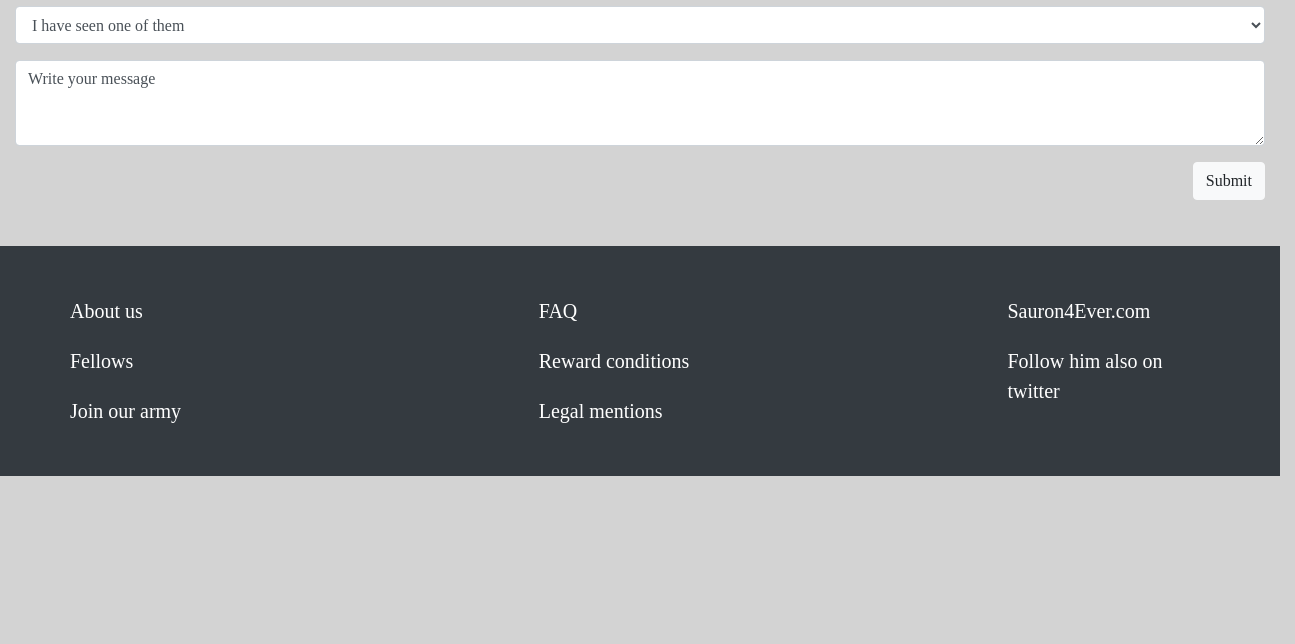
Repository: Khaleddwm/FindThePrecious
Page: index.html
An editor plug-in stored every save of this project. The page is shown before and after the next save, followed by the edit.
The browser window is 1280 px wide. The page is 1295 px wide, so the pictures cover 1295 px, including what lies to the right of the window. The pictures show the part of the page from y = 2112 to 3036 px (the page is 2756 px tall before and 3036 px after).
Some web fonts or font styles are not loaded; a fallback is used.

Above is the page before, as saved 2020-05-25 10:27:15.

After the next save:
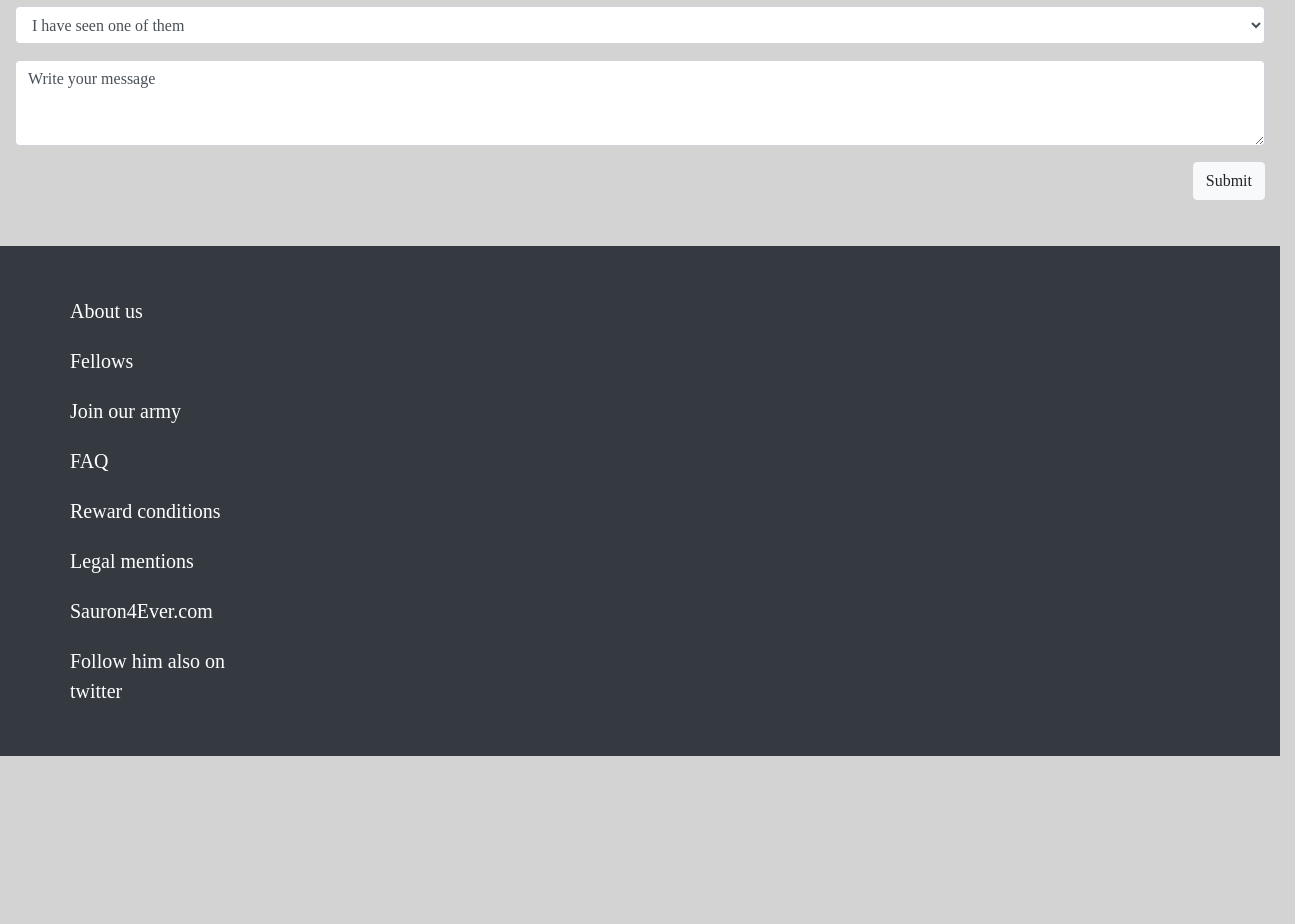
Saved 27 min 52 s later.
--- a/index.html
+++ b/index.html
@@ -132,7 +132,7 @@
     </div>
     <footer class="footer-classic bg-dark">
         <div class="container-fluid">
-            <div class="d-flex justify-content-between">
+            <div class="">
                 <div class="col-xs-12 col-md-3">
                     <ul class="nav-list">
                         <li><a href="#">About us</a></li>
